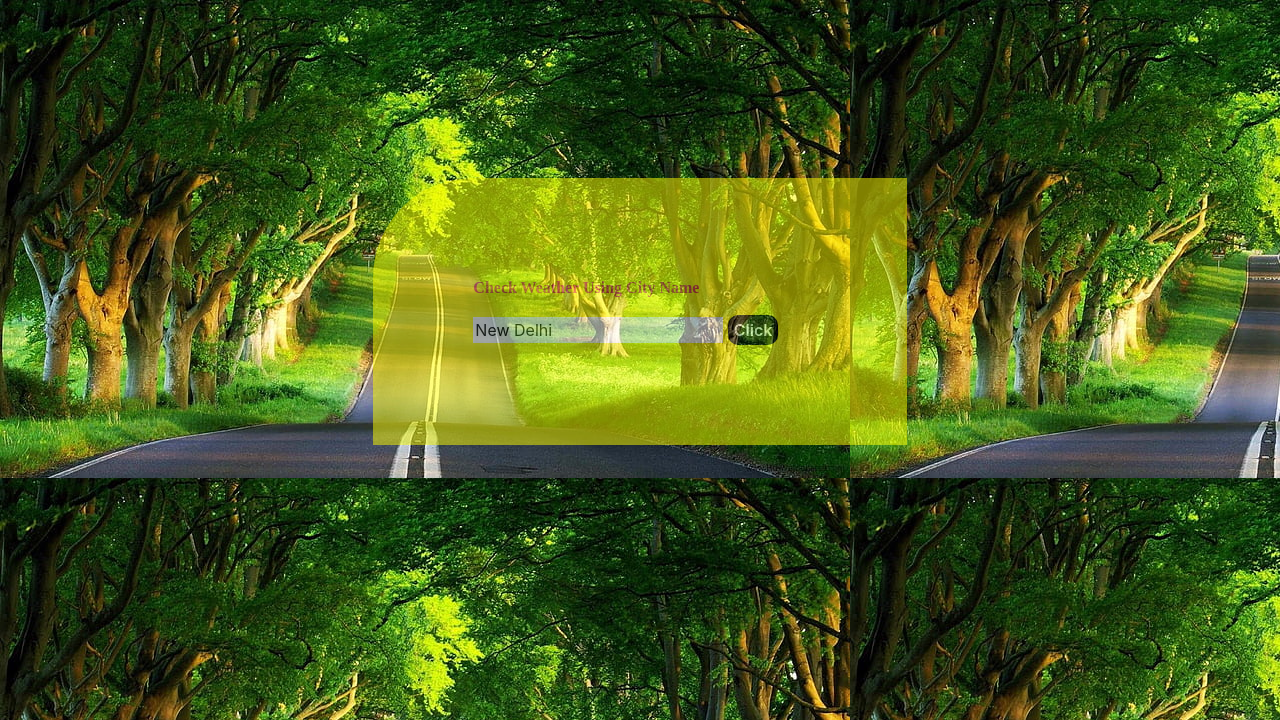
Repository: prashantkumarbind/Hospital-Weather-Concept
Page: http://localhost/weather-app/
These files come from the project's save history. The page is drawn as it stood at one moment and after the next save; the edit follows.
The browser window is 1280 px wide. The pictures show the whole page.
The page is served by Tomcat 9. Other server files are loaded and not shown.

Above is the page before, as saved 2024-01-19 07:50:38.

### weather-app/src/main/webapp/index.jsp
<%@ page language="java" contentType="text/html; charset=ISO-8859-1"
    pageEncoding="ISO-8859-1"%>
<!DOCTYPE html>
<html>
<head>
<meta charset="ISO-8859-1">
<meta charset="utf-8">
<meta name="viewport" content="width=device-width, initial-scale=1, shrink-to-fit=no">
<link rel="stylesheet" href="https://cdn.jsdelivr.net/npm/bootstrap@4.6.2/dist/css/bootstrap.min.css">
<title>weather app</title>
<style>
	body{
		 background-image: url("img/we3.jpg");
	}
	.controller{
		margin-top:130px;
		background-color:yellow;
		padding:100px 100px;
		opacity: 0.50;
		border-top-left-radius:100px;
	}
	.button-design{
		color:white;
		background-color:black;
		margin-top:10px;
		text-align: center;
		justify-content:end;
		width:50px;
		border-radius:10px;
		font-weight:600;
		border:none;
		height:30px;
	}
	.button-design:hover{
		background-color:green;
		color:red;
	}
	.text-design{
		border:none;
		width:250px;
	}
	.weather{
		font-family:elephant;
		font-weight:800;
		background-color:yellow;
		text-center
		border-bottom:2px solid red;
	}
</style>
</head>
<body>

		<section class="form-top-header header-top mt-5">
			<div class="container-fluid">
				<div class="row justify-content-center">
					<div class="col-5 form controller ">
						<h6 class="text-danger weather">Check Weather Using City Name</h6>
						<form action="FormDataController" method="Post">
							 <div class="form-design">
							 	<input class="text-design" type="text" name="city_name" value="New Delhi">
							 	<input class="button-design" type="submit" value="Click">
							 </div>
						</form>
					</div>
				</div>
			</div>
		</section>

 <!-- <script src="https://cdn.jsdelivr.net/npm/jquery@3.5.1/dist/jquery.slim.min.js"></script>
 <script src="https://cdn.jsdelivr.net/npm/bootstrap@4.6.2/dist/js/bootstrap.bundle.min.js"></script>
 -->
</body>
</html>

After the next save:
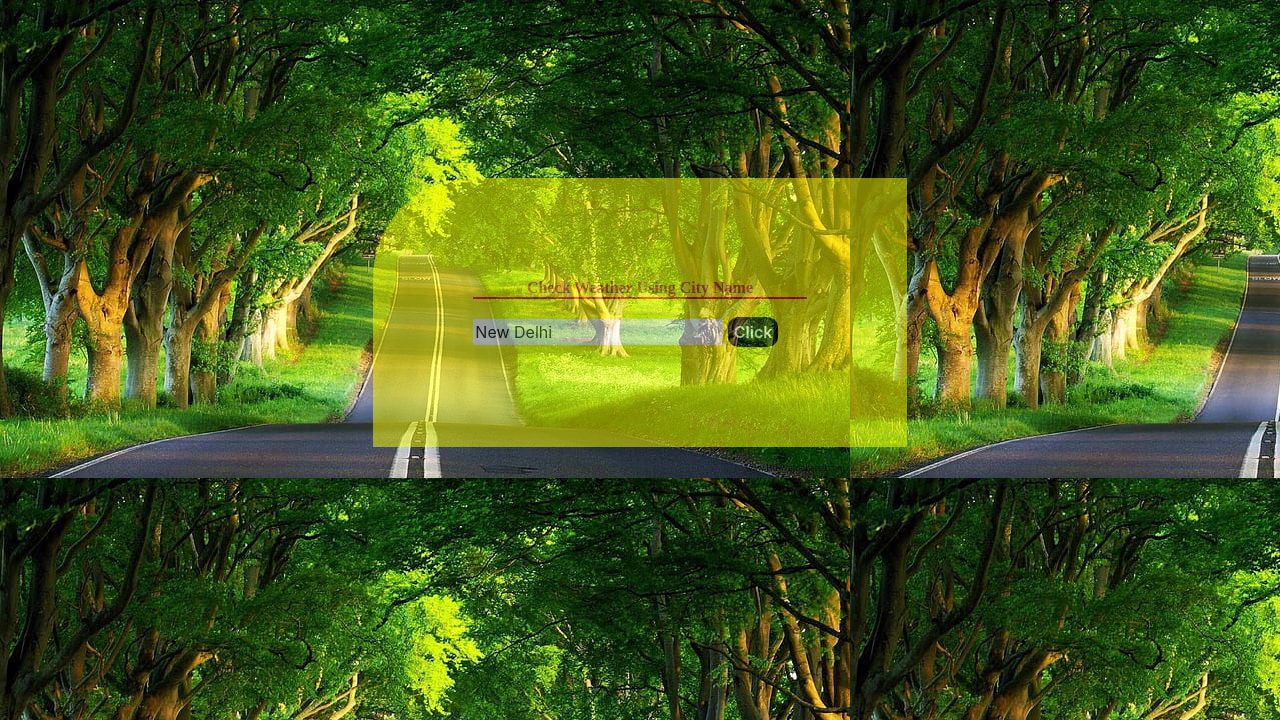
Saved 8 s later.
--- a/weather-app/src/main/webapp/index.jsp
+++ b/weather-app/src/main/webapp/index.jsp
@@ -43,7 +43,7 @@
 		font-family:elephant;
 		font-weight:800;
 		background-color:yellow;
-		text-center
+		text-align:center;
 		border-bottom:2px solid red;
 	}
 </style>
